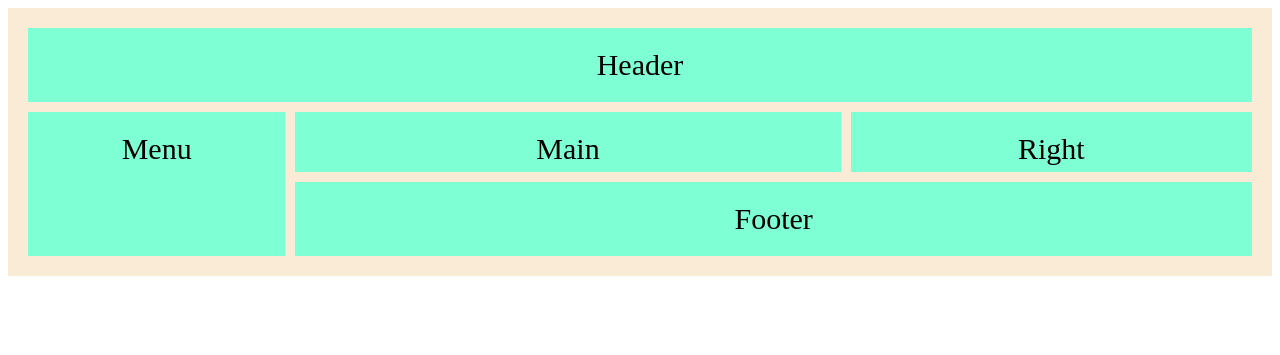
Repository: Thonghehe/Lab1_WEB106
Page: index11.html
The author's editor kept a copy of each file at every save. The page is drawn from the files as they stood at one save, then again after the next save.
The browser window is 1280 px wide. The pictures show the whole page.

Above is the page before, as saved 2024-03-05 17:38:16.

### index11.html
<!DOCTYPE html>
<html lang="en">

<head>
    <meta charset="UTF-8">
    <meta name="viewport" content="width=device-width, initial-scale=1.0">
    <title>Document</title>
    <link rel="stylesheet" href="./style.css">
</head>

<body>
    <div class="grid-container">
        <div class="item1">Header</div>
        <div class="item2">Menu</div>
        <div class="item3">Main</div>
        <div class="item4">Right</div>
        <div class="item5">Footer</div>
    </div>
</body>

</html>

### style.css
.item1 {
    grid-area: header;
}

.item2 {
    grid-area: menu;
}

.item3 {
    grid-area: main;
}

.item4 {
    grid-area: right;
}

.item5 {
    grid-area: footer;
}

.grid-container {
    display: grid;
    grid-template-areas:
        'header header header header header header'
        'menu main main main right right '
        'menu footer footer footer footer footer';
    gap: 10px;
    padding: 20px;
    background-color: antiquewhite;
    grid-template-columns: auto;
    grid-template-rows: auto 60px;
    /* justify-content: space-between; */
    /* align-content: space-around; */

}

.grid-container>div {
    background-color: aquamarine;
    text-align: center;
    padding: 20px;
    font-size: 30px;
}

After the next save:
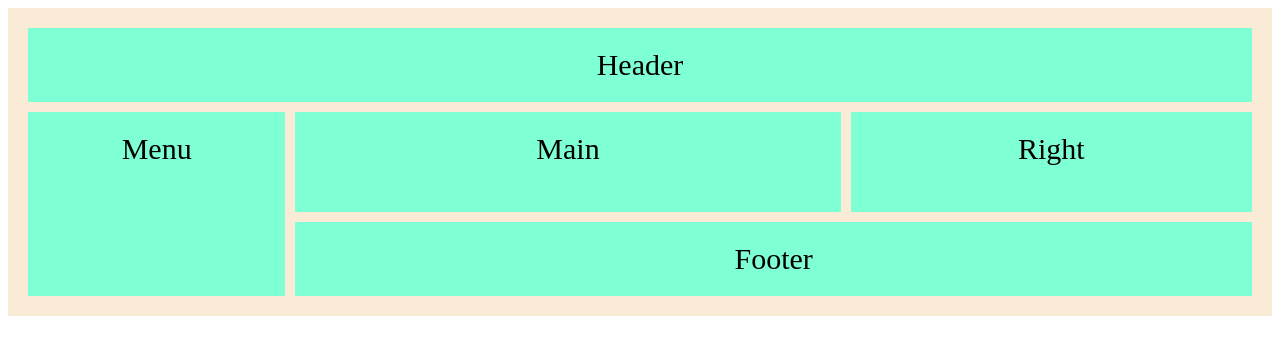
Saved 4 s later.
--- a/style.css
+++ b/style.css
@@ -28,7 +28,7 @@
     padding: 20px;
     background-color: antiquewhite;
     grid-template-columns: auto;
-    grid-template-rows: auto 60px;
+    grid-template-rows: auto 100px;
     /* justify-content: space-between; */
     /* align-content: space-around; */
 
